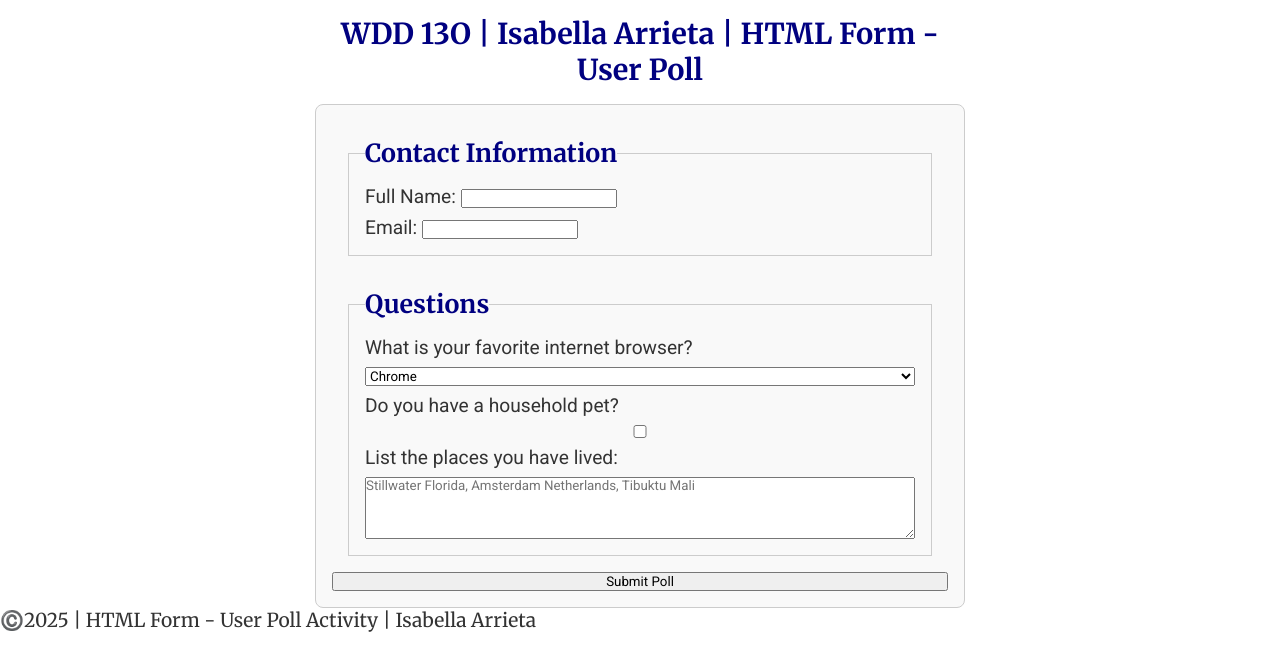
Repository: isaAJ05/wdd130
Page: week05/poll-form.html
An editor plug-in stored every save of this project. The page is shown before and after the next save, followed by the edit.
The browser window is 1280 px wide. The pictures show the whole page.

Above is the page before, as saved 2025-06-14 18:40:31.

After the next save:
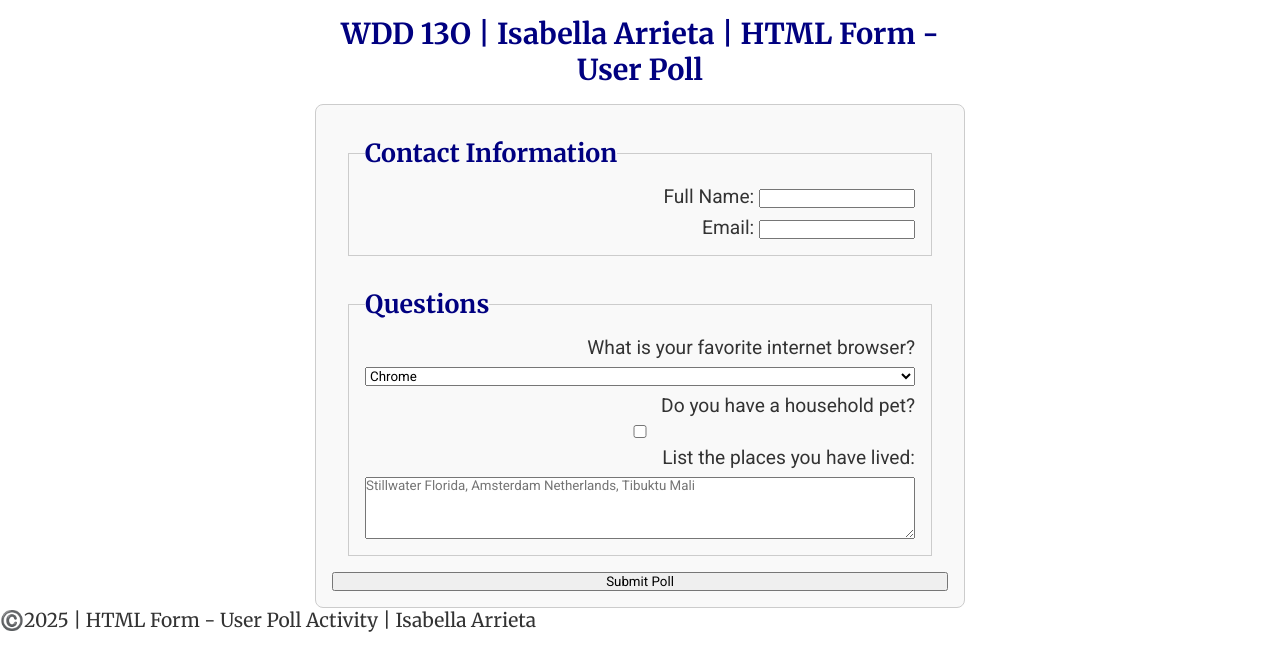
Saved 4 s later.
--- a/week05/styles/poll-form.css
+++ b/week05/styles/poll-form.css
@@ -44,6 +44,6 @@ label, input, button, select, textarea {
     font-family: Roboto, Arial, sans-serif;
 }
 label {
-    text-align: bold;
+    text-align: right;
     color: #333;
 }
